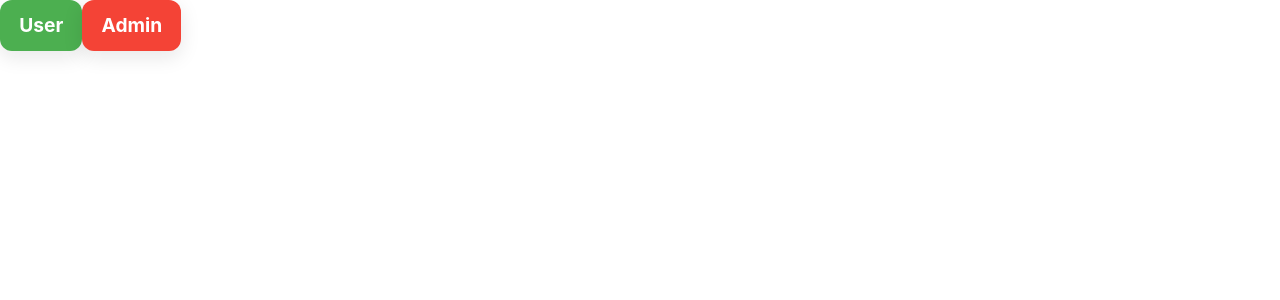
Repository: User826/Recipe
Page: /useradmin (app in recipe_project/)
An editor plug-in stored every save of this project. The page is shown before and after the next save, followed by the edit.
The browser window is 1280 px wide. The pictures show the whole page.
The project was rebuilt for these pictures with package versions that can differ from the ones it lists, and the page was loaded fresh each time. The framework's server and built-in components were replaced by stand-ins that run in the browser. Also part of the build but not shown: recipe_project/next.config.js, recipe_project/pages/users.module.css, recipe_project/components/users.js.

Above is the page before, as saved 2023-06-01 04:49:40.

### recipe_project/pages/useradmin.js
import { useState } from "react";
import {UserButton, AdminButton} from "../components/websitebuttons"
import Post from "../components/users"



export default function Useradmin() {
    const [isLoggedIn, setIsLoggedIn] = useState("");

    function handleLoginClick() {
        //this.setState({isLoggedIn: true});
        setIsLoggedIn("user")
      };

    function handleLogoutClick() {
        //this.setState({isLoggedIn: false});
        setIsLoggedIn("admin")
      }


    const isLoggedInVariable = isLoggedIn;
    let button;

    // if (isLoggedInVariable) {
    //     button = <LogoutButton onClick={handleLogoutClick} />;
    // } else {
    //     button = <LoginButton onClick={handleLoginClick} />;
    // }

    console.log(isLoggedInVariable)

    if (isLoggedInVariable == ""){
        return <div>
        {/* <Post></Post> */}
        <UserButton onClick ={handleLoginClick}/>
        <AdminButton onClick = {handleLogoutClick}/>

    </div>
    }
    else if (isLoggedInVariable == "user"){
        return <div>
                    <p>You are a user!</p>
                    <p>Or are you an admin? <AdminButton onClick = {handleLogoutClick}> </AdminButton></p>
                </div>

                // <UserButton onClick = {handleLoginCLick}> </UserButton>

    }
    else if (isLoggedInVariable == "admin"){
        return  <div>
                    <p>You are an admin!</p>
                    <p>Or are you a user? <UserButton onClick = {handleLoginClick}> </UserButton></p>
                </div>

    }

    // return <div>
    //     {/* <Post></Post> */}
    //     <UserButton onClick ={handleLoginClick}/>
    //     <AdminButton onClick = {handleLoginClick}/>

    // </div>
  }

### recipe_project/components/websitebuttons.js
import styles from "../pages/useradmin.module.css"

function UserButton(props) {
    return (
      <button className = {styles.user} onClick={props.onClick}>
        User
      </button>
    );
  }

  function AdminButton(props) {
    return (
      <button className = {styles.admin} onClick={props.onClick}>
        Admin
      </button>
    );
  }

  export {UserButton, AdminButton}

### recipe_project/pages/useradmin.module.css
/* .user{
  background-color: #4CAF50;
  border: none;
  color: white;
  padding: 15px 32px;
  text-align: center;
  text-decoration: none;
  display: inline-block;
  font-size: 16px;
}

.admin{
  background-color: #f44336;
  border: none;
  color: white;
  padding: 15px 32px;
  text-align: center;
  text-decoration: none;
  display: inline-block;
  font-size: 16px;
} */


.user {
  align-items: center;
  background-color: #4CAF50;
  border-radius: 12px;
  box-shadow: transparent 0 0 0 3px,rgba(18, 18, 18, .1) 0 6px 20px;
  box-sizing: border-box;
  color: #fff;
  cursor: pointer;
  display: inline-flex;
  flex: 1 1 auto;
  font-family: Inter,sans-serif;
  font-size: 1.2rem;
  font-weight: 700;
  justify-content: center;
  line-height: 1;
  margin: 0;
  outline: none;
  padding: 1rem 1.2rem;
  text-align: center;
  text-decoration: none;
  transition: box-shadow .2s,-webkit-box-shadow .2s;
  white-space: nowrap;
  border: 0;
  user-select: none;
  -webkit-user-select: none;
  touch-action: manipulation;
}

.user:hover {
  box-shadow: #121212 0 0 0 3px, transparent 0 0 0 0;
}

.admin {
  align-items: center;
  background-color: #f44336;
  border-radius: 12px;
  box-shadow: transparent 0 0 0 3px,rgba(18, 18, 18, .1) 0 6px 20px;
  box-sizing: border-box;
  color: #fff;
  cursor: pointer;
  display: inline-flex;
  flex: 1 1 auto;
  font-family: Inter,sans-serif;
  font-size: 1.2rem;
  font-weight: 700;
  justify-content: center;
  line-height: 1;
  margin: 0;
  outline: none;
  padding: 1rem 1.2rem;
  text-align: center;
  text-decoration: none;
  transition: box-shadow .2s,-webkit-box-shadow .2s;
  white-space: nowrap;
  border: 0;
  user-select: none;
  -webkit-user-select: none;
  touch-action: manipulation;
}

.admin:hover {
  box-shadow: #121212 0 0 0 3px, transparent 0 0 0 0;
}

Loaded but not shown: recipe_project/pages/_app.js (common file); recipe_project/styles/globals.css (common file)

After the next save:
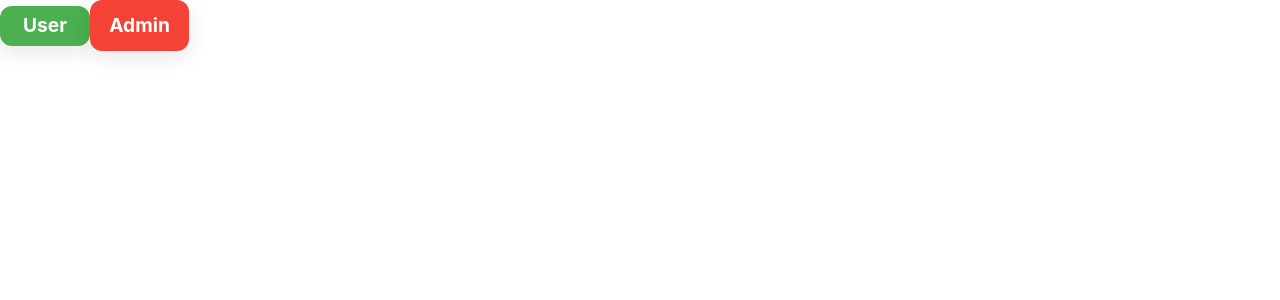
Saved 12 min 35 s later.
--- a/recipe_project/pages/useradmin.module.css
+++ b/recipe_project/pages/useradmin.module.css
@@ -23,6 +23,8 @@
 
 .user {
   align-items: center;
+  width: 90px;
+  height: 40px;
   background-color: #4CAF50;
   border-radius: 12px;
   box-shadow: transparent 0 0 0 3px,rgba(18, 18, 18, .1) 0 6px 20px;
